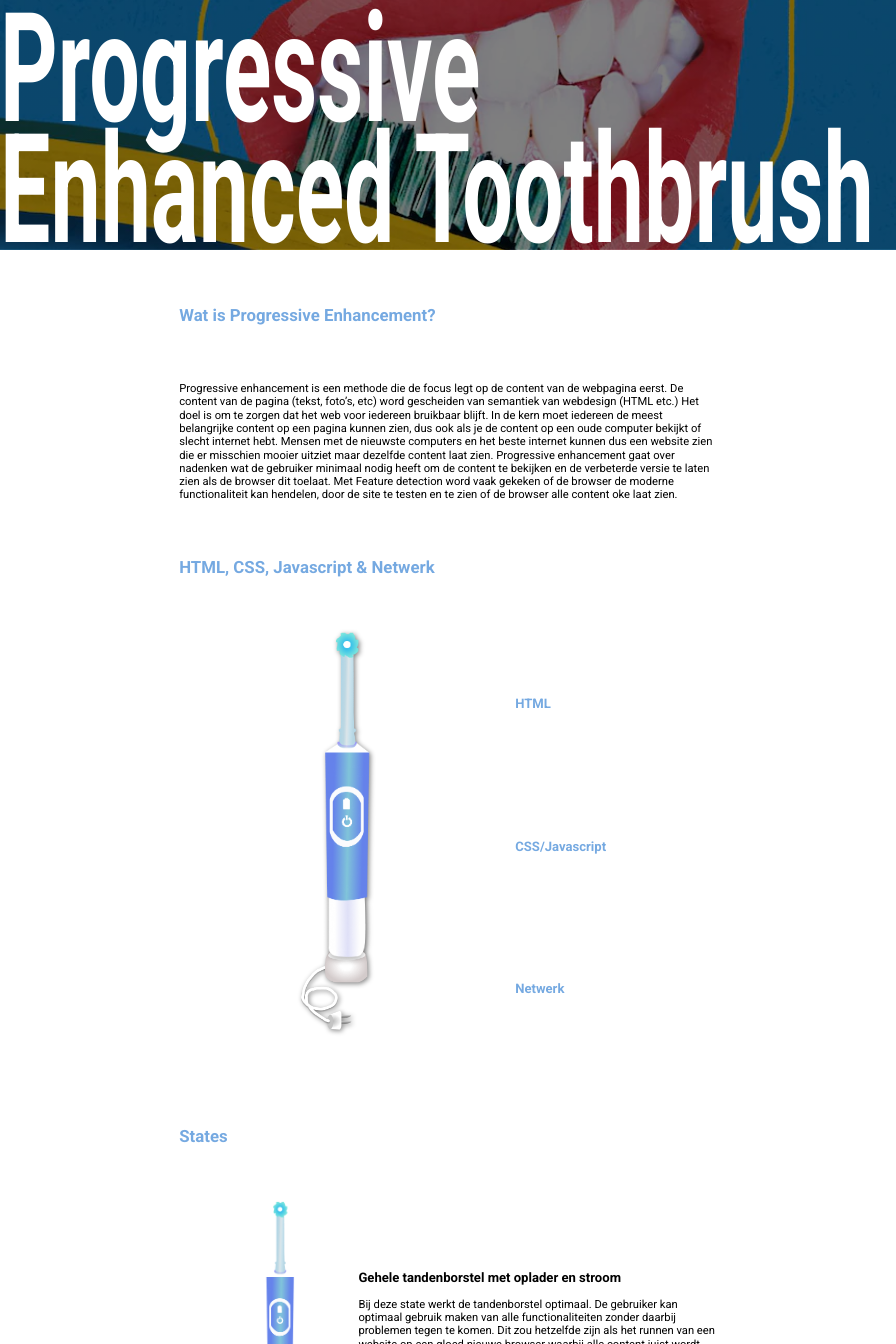
Repository: norakramer1/browser-technologies-2122
Page: progressive-enhanced-toothbrush-main/index.html
An editor plug-in stored every save of this project. The page is shown before and after the next save, followed by the edit.
The browser window is 1280 px wide. The pictures show the part of the page from y = 0 to 1920 px (the page is 3335 px tall before and 3207 px after), at 70% of full size.

Above is the page before, as saved 2022-03-23 14:41:44.

After the next save:
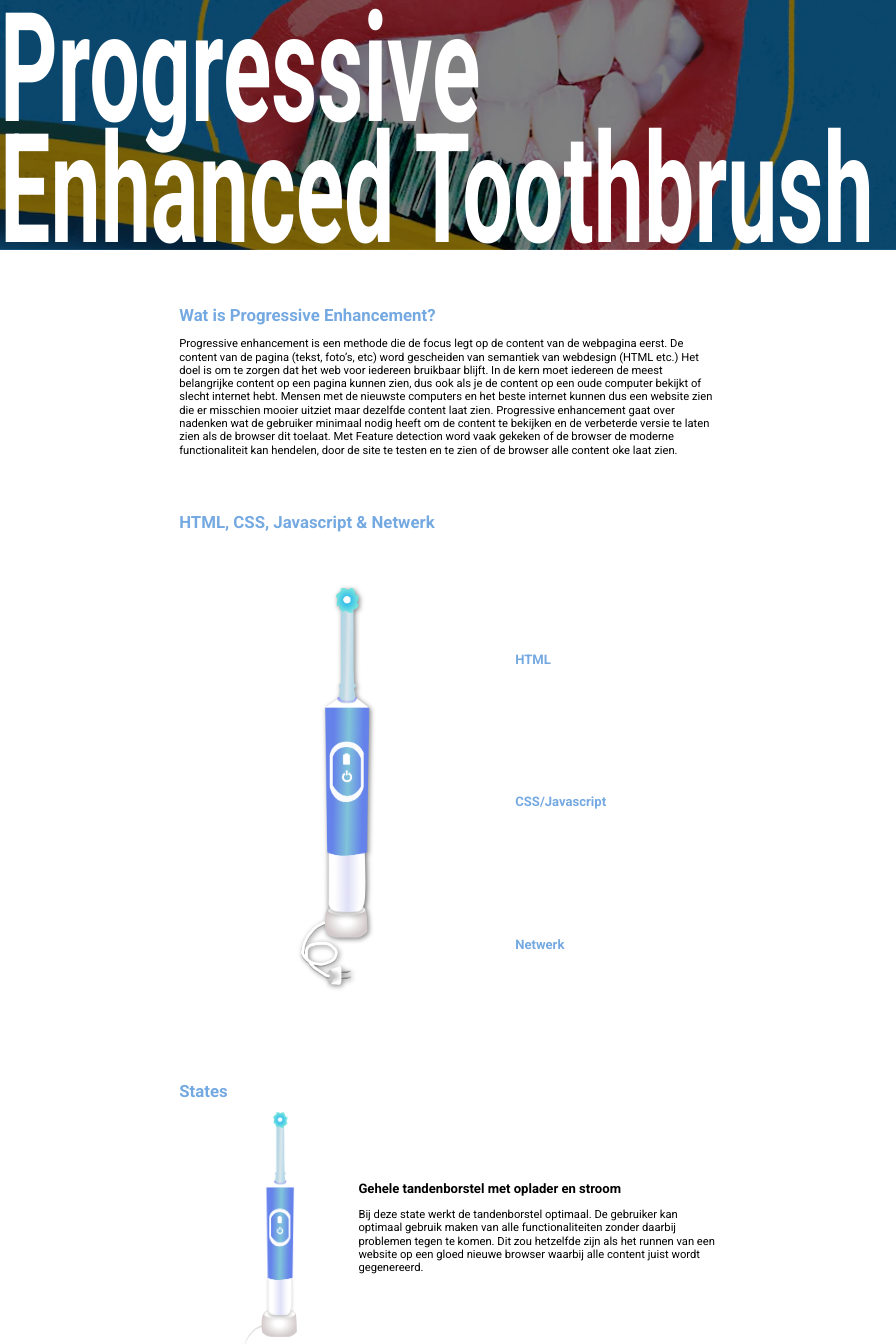
Saved 14 s later.
--- a/progressive-enhanced-toothbrush-main/style.css
+++ b/progressive-enhanced-toothbrush-main/style.css
@@ -27,7 +27,7 @@ main {
 
 h2 {
     color: #75A9E1;
-    margin-bottom: 5rem;
+    margin-bottom: 1rem;
 }
 
 article {
@@ -41,6 +41,11 @@ article:nth-child(2) {
     grid-column-gap: 0px;
     grid-row-gap: 0px;
     place-items: stretch;
+}
+
+article:nth-child(2) h2 {
+    grid-area: 1 / 1 / 2 / 3;
+    margin-bottom: 5rem;
 }
 
 article:nth-child(2) ul:first-of-type {
